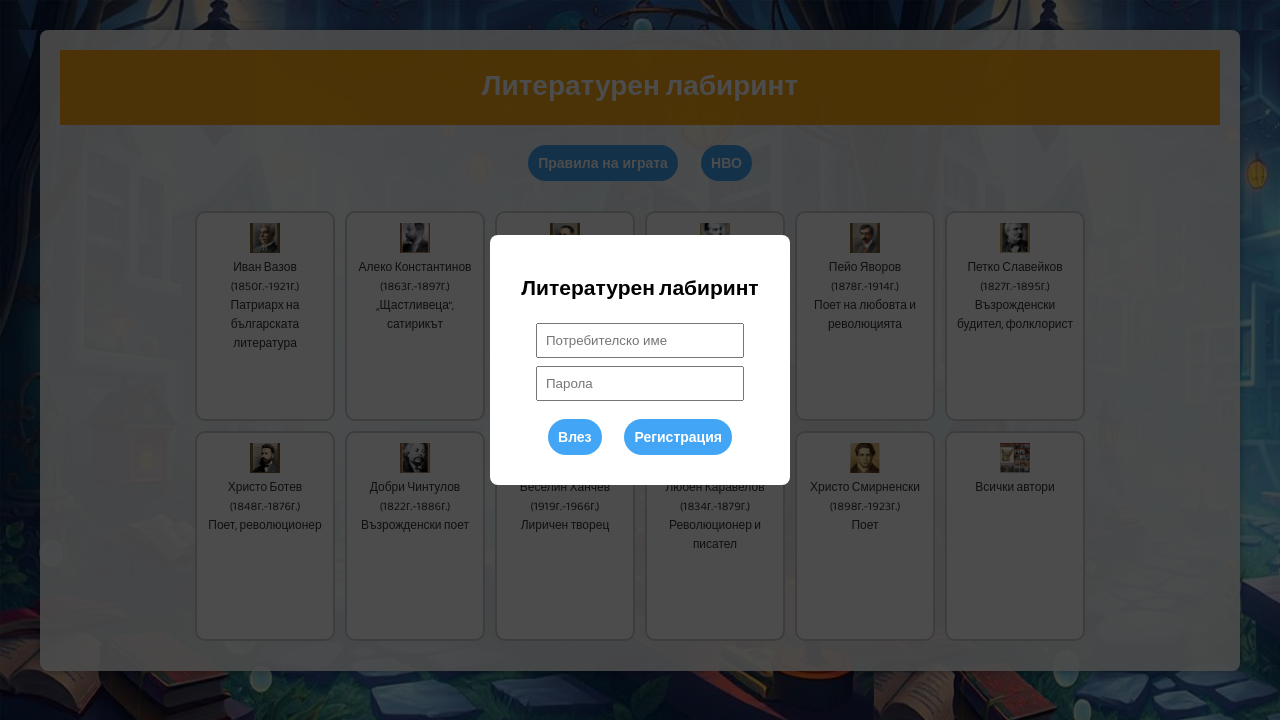
Repository: LY1177/litmaze
Page: public/index.html
These files come from the project's save history. The page is drawn as it stood at one moment and after the next save; the edit follows.
The browser window is 1280 px wide. The pictures show the window.
A layer covers the whole window, so only the first screen is drawn. Backgrounds fixed to the window are drawn as part of the page.

Above is the page before, as saved 2025-05-01 02:45:54.

### public/index.html
<!DOCTYPE html>
<html lang="bg">
<head>
  <meta charset="UTF-8">
  <!-- Респонсив meta tag -->
  <meta name="viewport" content="width=device-width, initial-scale=1.0">
  <title>Литературен лабиринт – Escape Room</title>
  <!-- шрифт от Google Fonts -->
  <link href="https://fonts.googleapis.com/css2?family=Baloo+2:wght@400;700&display=swap" rel="stylesheet">
  <link rel="stylesheet" href="styles.css">
  <script src="script.js" defer></script>
</head>
<body>
  <!-- Главен контейнер, който ограничава ширината на проекта (не е full-screen) -->
  <div id="main-container">

    <!-- 1) Логин модал -->
    <div id="login-modal" class="modal visible">
      <div class="modal-content">
        <h2>Литературен лабиринт</h2>
        <input type="text" id="username" placeholder="Потребителско име">
        <input type="password" id="password" placeholder="Парола">

        <button id="login-btn" class="btn">Влез</button>
        <button id="open-register-from-login" class="btn">Регистрация</button>
      </div>
    </div>
    <!-- Регистрационен модал -->
    <div id="register-modal" class="modal hidden">
      <div class="modal-content">
        <h2>Регистрация</h2>
        <input type="text"    id="register-username" placeholder="Потребителско име">
        <input type="email"   id="register-email"    placeholder="Имейл">
        <input type="password" id="register-password" placeholder="Парола">
        <div class="modal-buttons">
          <button id="register-btn"        class="btn">Регистрация</button>
          <button id="close-register-btn"  class="btn">Затвори</button>
        </div>
      </div>
    </div>


    <!-- 2) Екран за лабиринта (скрит по начало) -->
    <div id="game-container" class="screen hidden">

      <header id="top-bar">
        <h1 id="labyrinth-title">Лабиринт</h1>
        <div id="user-info">
          Потребител: <span id="display-username"></span> |
          Ниво: <span id="current-level">1</span> |
          Точки: <span id="score">0</span>
        </div>
        <div id="button-row">
          <button id="back-to-authors" class="nav-btn">Назад към авторите</button>
          <button id="next-level" class="nav-btn hidden">Следващо ниво</button>
          <!-- Бутон за управление на фоновата музика -->
          <button id="music-toggle-btn" class="btn">Пауза музика</button>
        <label for="volume-control">Сила на звука:</label>
        <input type="range" id="volume-control" min="0" max="1" step="0.01" value="0.2">
      </div>
      </header>

      <!-- Контейнер за лабиринта -->
      <div id="maze-container-active">
        <div id="maze-active"></div>
        <!-- Героят (🙂), центриран в клетката -->
        <div id="hero"></div>
      </div>
    </div>

    <!-- 3) Екран за избор на автори (флип карти) -->
    <div id="author-selection" class="screen">
      <h2>Литературен лабиринт</h2>
      <div class="rules-btn-container">
  <button id="rules-btn" class="btn">Правила на играта</button>
  <button id="nvo-btn" class="btn">НВО</button>
 </div>


      <!-- Мрежа с 12 карти -->
      <div class="card-container">
        <!-- Карта 1: Иван Вазов -->
        <div class="card" data-author="vazov">
          <div class="card-inner">
            <div class="card-front">
              <img src="images/vazov.jpg" alt="Иван Вазов">
                <p class="portrait-text">Иван Вазов</p>
                <p class="portrait-text">(1850г.-1921г.)</p>
                <p class="portrait-text">Патриарх на българската литература</p>

            </div>
            <div class="card-back">
              <p>Лабиринт – Иван Вазов</p>
              <button class="enter-btn btn">Вход</button>
            </div>
          </div>
        </div>

        <!-- Карта 2: Алеко Константинов -->
        <div class="card" data-author="aleko">
          <div class="card-inner">
            <div class="card-front">
              <img src="images/aleko.jpg" alt="Алеко Константинов">
              <p class="portrait-text">Алеко Константинов</p>
              <p class="portrait-text">(1863г.-1897г.)</p>
              <p class="portrait-text">„Щастливеца“, сатирикът</p>

            </div>
            <div class="card-back">
              <p>Лабиринт – Алеко Константинов</p>
              <button class="enter-btn btn">Вход</button>
            </div>
          </div>
        </div>

        <!-- Карта 3: Елин Пелин -->
        <div class="card" data-author="pelin">
          <div class="card-inner">
            <div class="card-front">
              <img src="images/pelin.jpg" alt="Елин Пелин">
              <p class="portrait-text">Елин Пелин</p>
              <p class="portrait-text">(1877г.-1949г.)</p>
              <p class="portrait-text">Майстор на късия разказ</p>
            </div>
            <div class="card-back">
              <p>Лабиринт – Елин Пелин</p>
              <button class="enter-btn btn">Вход</button>
            </div>
          </div>
        </div>

        <!-- Карта 4: Йордан Йовков -->
        <div class="card" data-author="yordan">
          <div class="card-inner">
            <div class="card-front">
              <img src="images/yordan.jpg" alt="Йордан Йовков">
              <p class="portrait-text">Йордан Йовков</p>
              <p class="portrait-text">(1880г.-1937г.)</p>
              <p class="portrait-text">Хуманистът,<br>„Певец на добротата“</p>
            </div>
            <div class="card-back">
              <p>Лабиринт – Йордан Йовков</p>
              <button class="enter-btn btn">Вход</button>
            </div>
          </div>
        </div>

        <!-- Карта 5: Пейо Яворов -->
        <div class="card" data-author="peyo">
          <div class="card-inner">
            <div class="card-front">
              <img src="images/peyo.jpg" alt="Пейо Яворов">
              <p class="portrait-text">Пейо Яворов</p>
              <p class="portrait-text">(1878г.-1914г.)</p>
              <p class="portrait-text">Поет на любовта и революцията</p>
            </div>
            <div class="card-back">
              <p>Лабиринт – Пейо Яворов</p>
              <button class="enter-btn btn">Вход</button>
            </div>
          </div>
        </div>

        <!-- Карта 6: Петко Славейков -->
        <div class="card" data-author="petko">
          <div class="card-inner">
            <div class="card-front">
              <img src="images/petko.jpg" alt="Петко Славейков">
              <p class="portrait-text">Петко Славейков</p>
              <p class="portrait-text">(1827г.-1895г.)</p>
              <p class="portrait-text">Възрожденски будител, фолклорист</p>
            </div>
            <div class="card-back">
              <p>Лабиринт – Петко Славейков</p>
              <button class="enter-btn btn">Вход</button>
            </div>
          </div>
        </div>

        <!-- Карта 7: Христо Ботев -->
        <div class="card" data-author="hristo">
          <div class="card-inner">
            <div class="card-front">
              <img src="images/hristo.jpg" alt="Христо Ботев">
              <p class="portrait-text">Христо Ботев</p>
              <p class="portrait-text">(1848г.-1876г.)</p>
              <p class="portrait-text">Поет, революционер </p>
            </div>
            <div class="card-back">
              <p>Лабиринт – Христо Ботев</p>
              <button class="enter-btn btn">Вход</button>
            </div>
          </div>
        </div>

        <!-- Карта 8: Добри Чинтулов -->
        <div class="card" data-author="dobri">
          <div class="card-inner">
            <div class="card-front">
              <img src="images/dobri.jpg" alt="Добри Чинтулов">
              <p class="portrait-text">Добри Чинтулов</p>
              <p class="portrait-text">(1822г.-1886г.)</p>
              <p class="portrait-text">Възрожденски поет</p>
            </div>
            <div class="card-back">
              <p>Лабиринт – Добри Чинтулов</p>
              <button class="enter-btn btn">Вход</button>
            </div>
          </div>
        </div>

        <!-- Карта 9: Веселин Ханчев -->
        <div class="card" data-author="veselin">
          <div class="card-inner">
            <div class="card-front">
              <img src="images/veselin.jpg" alt="Веселин Ханчев">
              <p class="portrait-text">Веселин Ханчев</p>
              <p class="portrait-text">(1919г.-1966г.)</p>
                <p class="portrait-text">Лиричен творец</p>

            </div>
            <div class="card-back">
              <p>Лабиринт – Веселин Ханчев</p>
              <button class="enter-btn btn">Вход</button>
            </div>
          </div>
        </div>

        <!-- Карта 10: Любен Каравелов -->
        <div class="card" data-author="lyuben">
          <div class="card-inner">
            <div class="card-front">
              <img src="images/lyuben.jpg" alt="Любен Каравелов">
              <p class="portrait-text">Любен Каравелов</p>
              <p class="portrait-text">(1834г.-1879г.)</p>
              <p class="portrait-text">Революционер и писател</p>
            </div>
            <div class="card-back">
              <p>Лабиринт – Любен Каравелов</p>
              <button class="enter-btn btn">Вход</button>
            </div>
          </div>
        </div>

        <!-- Карта 11: Христо Смирненски -->
        <div class="card" data-author="smirnenski">
          <div class="card-inner">
            <div class="card-front">
              <img src="images/smirnenski.jpg" alt="Христо Смирненски">
              <p class="portrait-text">Христо Смирненски</p>
              <p class="portrait-text">(1898г.-1923г.)</p>
              <p class="portrait-text">Поет</p>
            </div>
            <div class="card-back">
              <p>Лабиринт – Христо Смирненски, вход</p>
              <button class="enter-btn btn">Вход</button>
            </div>
          </div>
        </div>

        <!-- Карта 12: Обобщение -->
        <div class="card" data-author="obobshtenie">
          <div class="card-inner">
            <div class="card-front">
              <img src="images/obobshtenie.jpg" alt="Обобщение">
              <p class="portrait-text">Всички автори</p>
            </div>
            <div class="card-back">
              <p>Лабиринт – Обобщение, вход</p>
              <button class="enter-btn btn">Вход</button>
            </div>
          </div>
        </div>

      </div><!-- .card-container -->
    </div><!-- #author-selection -->

    <!-- Модален прозорец за правилата на играта -->
    <div id="rules-modal" class="modal hidden">
      <div class="modal-content wide-modal">
        <h2>Правила на играта</h2>
        <p>
          1. Щракнете върху картата на избрания от вас автор, картата ще се завърти<br>
          2. На гърба на картата е бутона за вход в лабиринта.<br>
          3. Целта е да се стигне до изхода на лабиринта.<br>
          4. На входа има подсказка за началната посока на движение.<br>
          5. За да се придвижвате напред трябва да давате верни отговори на въпросите.<br>
          6. След всеки верен отговор ще получавате посоката на движение<br>
          7. Ако не отговорите правилно, ще можете да опитате отново.<br>
          8. Ако се върнете назад, ще видите съобщение: "Връщаш се назад..."<br>
          9. Забавлявайте се!
        </p>
        <button id="close-rules" class="btn">Затвори</button>
      </div>
    </div>

    <!-- Модален прозорец за въпроси -->
    <div id="question-modal" class="modal hidden">
      <div class="modal-content question-modal-content">
        <h2 id="question-title">Въпрос</h2>
        <div id="question-text"></div>
        <div id="question-answers"></div>
        <div class="modal-buttons">
          <button id="close-question-btn" class="btn">Затвори</button>
        </div>
      </div>
    </div>
    <!-- Модален прозорец за избор на година за НВО -->
<div id="nvo-modal" class="modal hidden">
  <div class="modal-content">
    <h2>Изберете година за НВО</h2>
    <select id="nvo-year-select">
      <option value="">-- Изберете година --</option>
      <option value="nvo2022">НВО 2022</option>
      <option value="nvo2023">НВО 2023</option>
      <option value="nvo2024">НВО 2024</option>

    </select>
    <div class="modal-buttons">
      <button id="nvo-select-btn" class="btn">Вход</button>
      <button id="nvo-close-btn" class="btn">Затвори</button>
    </div>
  </div>
</div>
<!-- Модален прозорец за показване на текста (пасаж) -->
<div id="passage-modal" class="modal hidden">
  <div class="modal-content">
    <h2>Текст</h2>
    <div id="passage-container"></div>
    <div class="modal-buttons">
      <button id="close-passage-btn" class="btn">Затвори</button>
    </div>
  </div>
</div>

  </div><!-- #main-container -->

<div id="fun-fact-modal" class="modal hidden">
  <div class="modal-content">
    <h2>💡Любопитен факт</h2>
    <div id="fun-fact-content"></div>
    <button id="close-fun-fact-btn" class="btn">Затвори</button>
  </div>
</div>


</body>
</html>

Loaded but not shown: public/script.js (1539 lines, source omitted); public/styles.css (706 lines, source omitted)

After the next save:
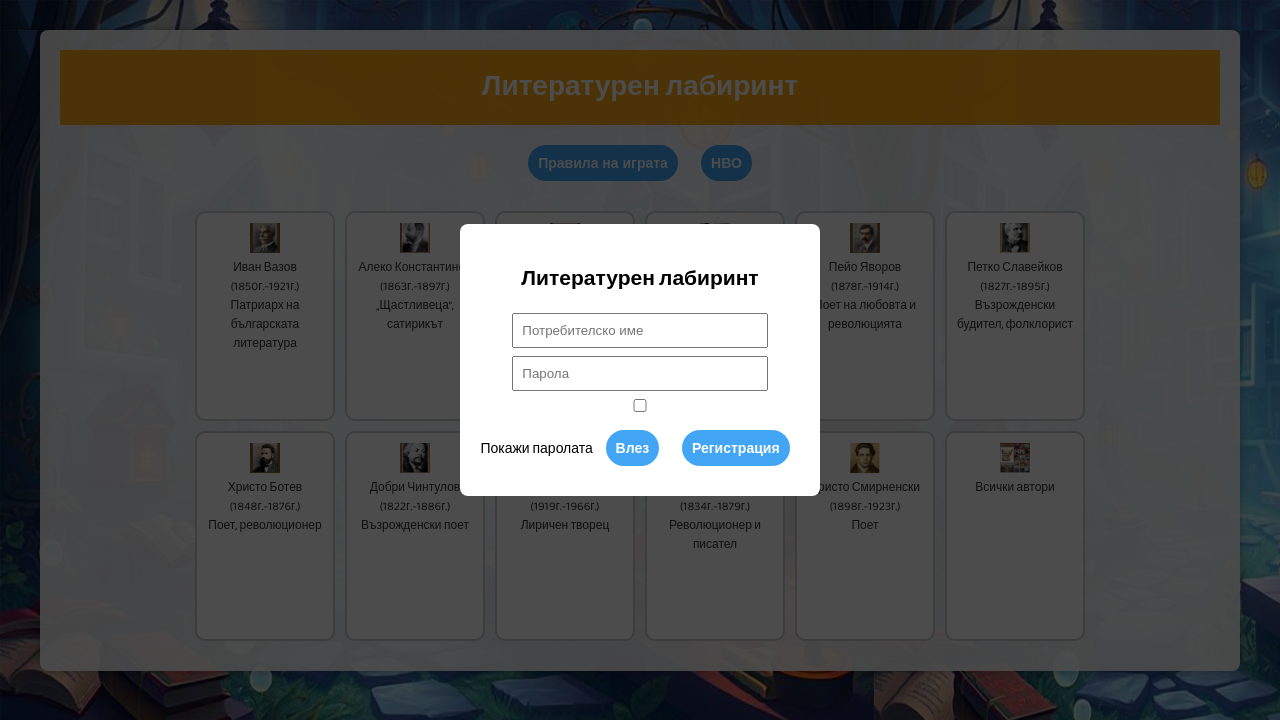
Saved 7 s later.
--- a/public/index.html
+++ b/public/index.html
@@ -20,7 +20,7 @@
         <h2>Литературен лабиринт</h2>
         <input type="text" id="username" placeholder="Потребителско име">
         <input type="password" id="password" placeholder="Парола">
-
+        <input type="checkbox" onclick="ShowLoginPassword()" class="passbox">Покажи паролата
         <button id="login-btn" class="btn">Влез</button>
         <button id="open-register-from-login" class="btn">Регистрация</button>
       </div>
